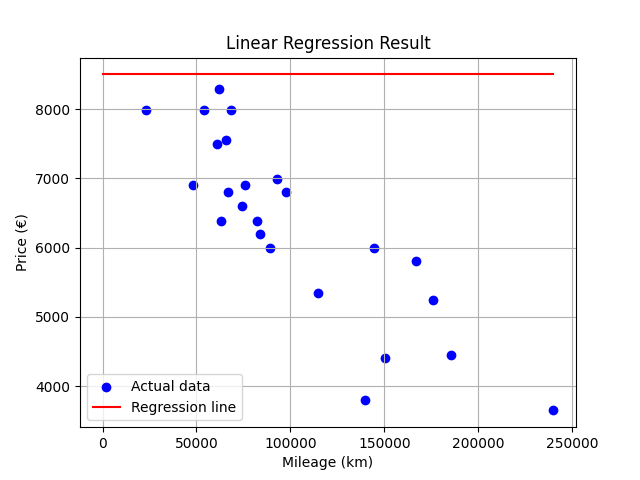
Repository: Nugahh/ft_linear_regression
Script's output: python predict.py
The author's editor kept a copy of each file at every save. The script's output is drawn from the files as they stood at one save, then again after the next save.
Random numbers start from a fixed seed.

Above is the script's output before, as saved 2025-06-09 19:09:18.

### predict.py
import json
import pandas as pd
import matplotlib.pyplot as plt

def estimate_price(mileage, theta0, theta1):
    return theta0 + theta1 * mileage

# Load trained model
with open('model.json', 'r') as f:
    model = json.load(f)
    theta0 = model['theta0']
    theta1 = model['theta1']
    max_mileage = model['max_mileage']
    max_prices = model['max_prices']

# # Ask user for mileage input
# try:
#     mileage_input = float(input("Enter the mileage of the car: "))
#     normalized = mileage_input / model['max_mileage']
#     predicted_price = estimate_price(normalized, theta0, theta1)
#     actual_price = predicted_price * max_prices
#     print(f"Estimated price: {actual_price:.2f}")
# except ValueError:
#     print("Please enter a valid number.")

# # Plotting the data
df = pd.read_csv('data.csv')
# plt.scatter(df['km'], df['price'])
# plt.xlabel('km')
# plt.ylabel('price (€)')
# plt.title('Mileage vs. Price')
# plt.show()

# Plotting the regression line
# Predict prices for 0 → max mileage
x_vals = list(range(0, int(max_mileage) + 1, 1000))
print(f"x_vals: {x_vals}")
x_norm = [x / max_mileage for x in x_vals]
y_vals = [estimate_price(x / max_mileage, theta0, theta1) * max_prices for x in x_norm]


# Plot
plt.scatter(df['km'], df['price'], color='blue', label='Actual data')
plt.plot(x_vals, y_vals, color='red', label='Regression line')
plt.xlabel('Mileage (km)')
plt.ylabel('Price (€)')
plt.title('Linear Regression Result')
plt.legend()
plt.grid(True)
plt.show()

### model.json
{"theta0": 1.0252834318374369, "theta1": -0.6209591389634159, "max_mileage": 240000, "max_prices": 8290}

Loaded but not shown: data.csv (common file)

After the next save:
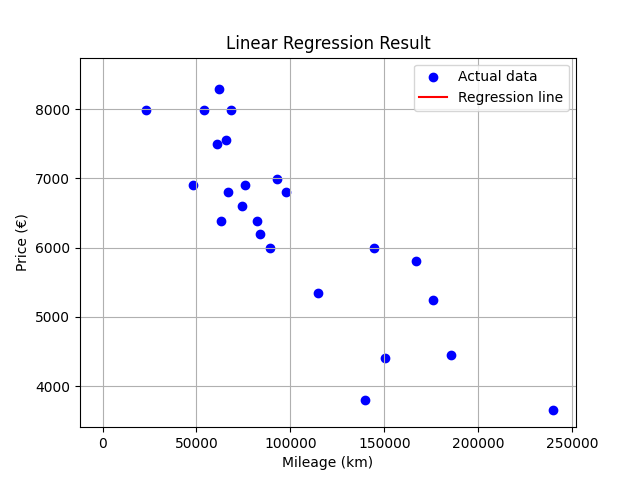
Saved 61 s later.
--- a/predict.py
+++ b/predict.py
@@ -41,7 +41,7 @@
 
 # Plot
 plt.scatter(df['km'], df['price'], color='blue', label='Actual data')
-plt.plot(x_vals, y_vals, color='red', label='Regression line')
+plt.plot(x_norm, y_vals, color='red', label='Regression line')
 plt.xlabel('Mileage (km)')
 plt.ylabel('Price (€)')
 plt.title('Linear Regression Result')

After the save that followed:
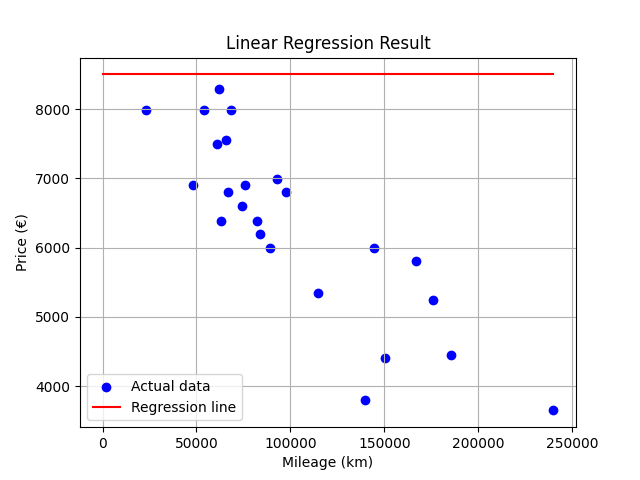
Saved 10 s later.
--- a/predict.py
+++ b/predict.py
@@ -41,7 +41,7 @@
 
 # Plot
 plt.scatter(df['km'], df['price'], color='blue', label='Actual data')
-plt.plot(x_norm, y_vals, color='red', label='Regression line')
+plt.plot(x_vals, y_vals, color='red', label='Regression line')
 plt.xlabel('Mileage (km)')
 plt.ylabel('Price (€)')
 plt.title('Linear Regression Result')
